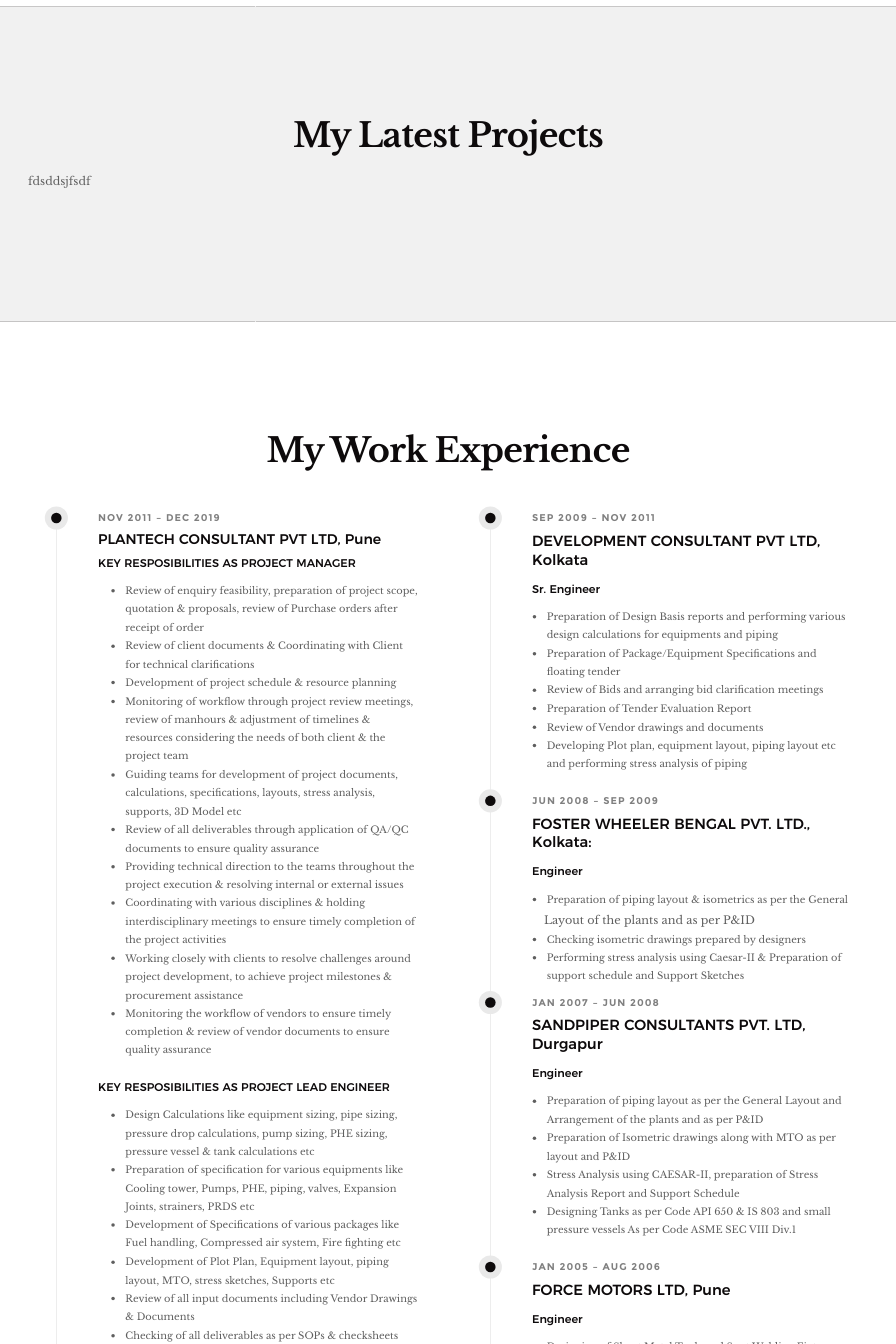
Repository: sumana1001/myprofile
Page: index.html
These files come from the project's save history. The page is drawn as it stood at one moment and after the next save; the edit follows.
The browser window is 1280 px wide. The pictures show the part of the page from y = 2382 to 4302 px (the page is 6028 px tall before and 6148 px after), at 70% of full size.

Above is the page before, as saved 2020-05-07 10:16:42.

After the next save:
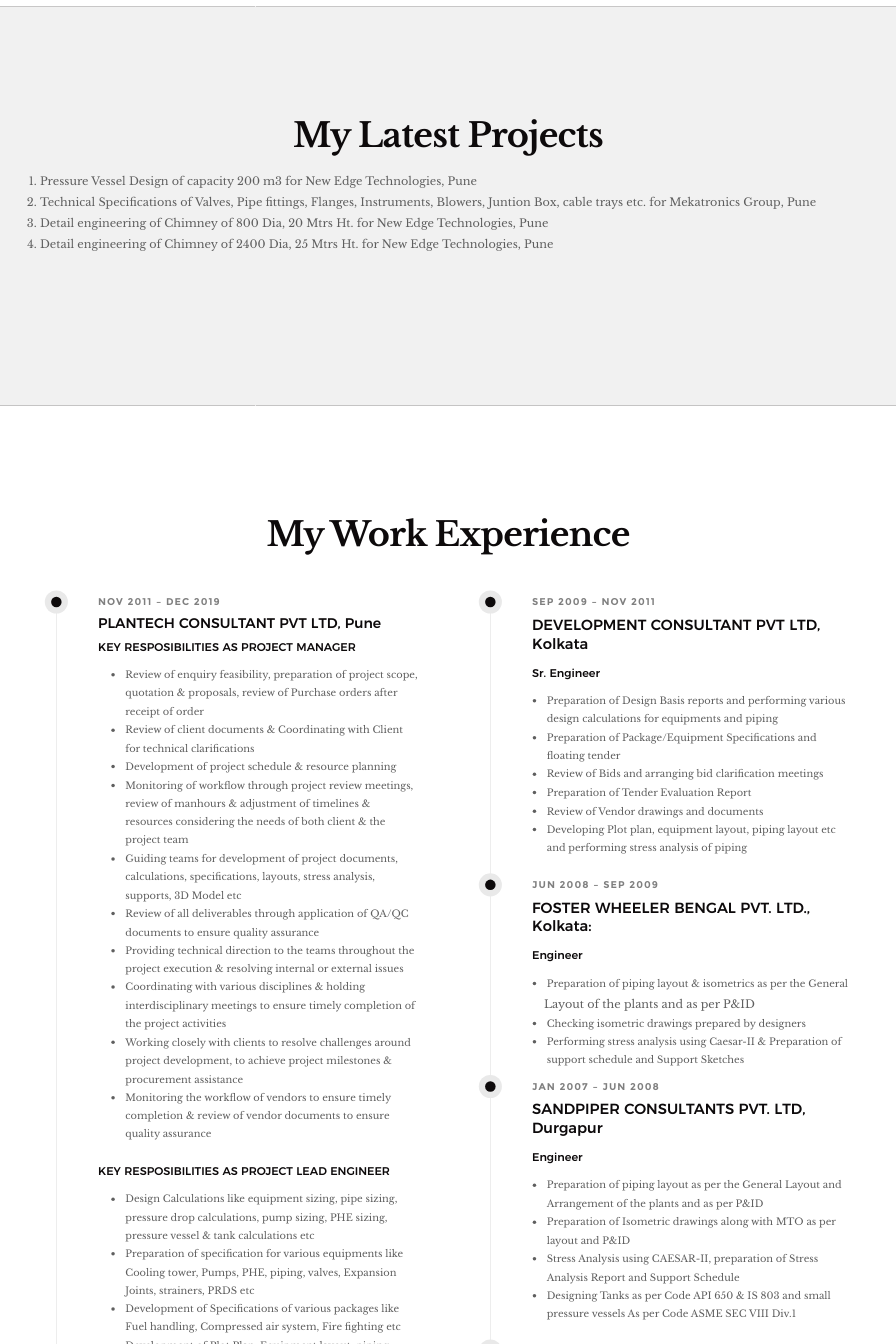
Saved 71 s later.
--- a/index.html
+++ b/index.html
@@ -222,7 +222,13 @@
         </div>
 
         <div class="row about-content about-content--timeline">
-            fdsddsjfsdf
+            <ol>
+                <li>Pressure Vessel Design of capacity 200 m3 for New Edge Technologies, Pune</li>
+                <li>Technical Specifications of Valves, Pipe fittings, Flanges, Instruments, Blowers, Juntion Box, cable
+                    trays etc. for Mekatronics Group, Pune</li>
+                <li>Detail engineering of Chimney of 800 Dia, 20 Mtrs Ht. for New Edge Technologies, Pune</li>
+                <li>Detail engineering of Chimney of 2400 Dia, 25 Mtrs Ht. for New Edge Technologies, Pune</li>
+            </ol>
         </div> <!-- end projects-content timeline -->
     </section> <!-- end projects -->
     <!-- works
